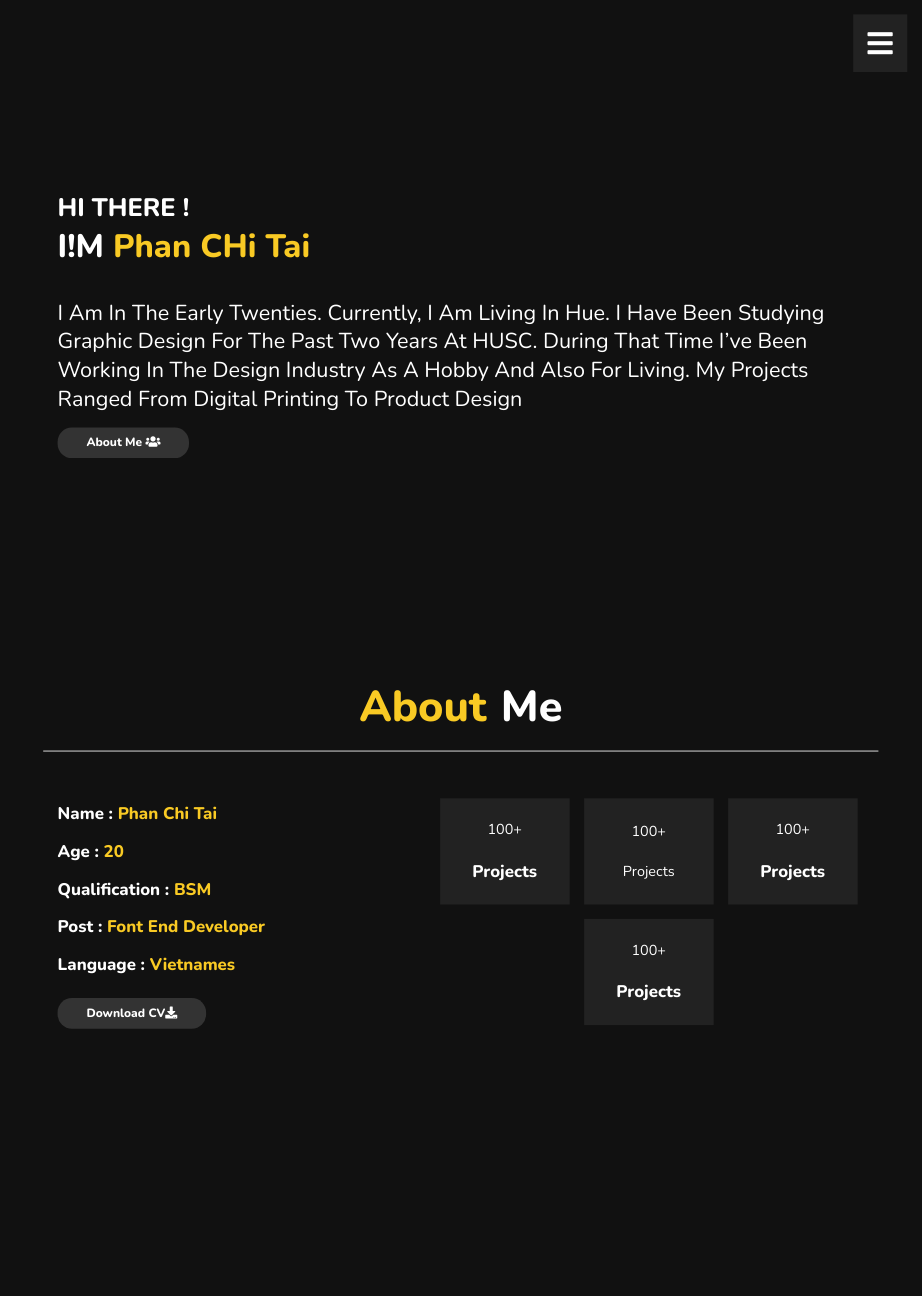
Repository: PCTai/My-profile
Page: index.html
An editor plug-in stored every save of this project. The page is shown before and after the next save, followed by the edit.
The browser window is 1024 px wide. The pictures show the whole page, at 90% of full size.

Above is the page before, as saved 2021-11-26 09:56:22.

### index.html
<!DOCTYPE html>
<html lang="en">
<head>
    <meta charset="UTF-8">
    <meta http-equiv="X-UA-Compatible" content="IE=edge">
    <meta name="viewport" content="width=device-width, initial-scale=1.0">
    <link rel="preconnect" href="https://fonts.googleapis.com">
    <link rel="preconnect" href="https://fonts.gstatic.com" crossorigin>
    <link href="https://fonts.googleapis.com/css2?family=Nunito:ital,wght@0,400;0,600;0,800;1,200;1,300&display=swap" rel="stylesheet">
    <link rel="stylesheet" href="/assets/font/fontawesome-free-5.15.3-web/css/all.css">

    <link rel="stylesheet" href="/assets/css/style.css">
    <link rel="stylesheet" href="/assets/css/reponsive.css">
    <title>Document</title>
</head>
<body>
    <!-- Header start -->
    <header>
        <div class="user">
            <img src="/assets/imgs/user.jpg" alt="">
            <h3 class="name">Phan Chi Tai</h3>
            <div class="post">Font End Deverloper</div>
        </div>
        <div class="navbar">
            <ul>
                <li><a href="#home">home</a></li>
                <li><a href="#about">About</a></li>
                <li><a href="#education">Education</a></li>
                <li><a href="#portfolio">Portfolio</a></li>
                <li><a href="#contact">Contact</a></li>
            </ul>
        </div>
    </header>
    <!-- Header end -->
    <div id="menu"class="fas fa-bars">
    </div>
    <!-- start home -->
    <section id="home" class="home">

        <h3>HI THERE !</h3>
        <h1>I!M <span>Phan CHi Tai</span></h1>
        <p>I am in the early twenties. Currently, I am living in Hue. I have been studying graphic design for the past two years at  HUSC. During that time I’ve been working in the design industry as a hobby and also for living. My projects ranged from digital printing to product design</p>
        <a href="#about"> <button class="btn">About me <i class="fas fa-users"></i></button></a>


    </section>
    <!-- end home -->
    <!-- start about -->
    <section id="about" class="about">
        <div class="heading"><h1><span>About</span>Me</h1></div>
        <div class="row">
            <div class="info">
                <h3>Name : <span>Phan Chi Tai</span></h3>
                <h3>Age : <span>20</span></h3>
                <h3>Qualification : <span>BSM</span></h3>
                <h3>Post : <span>Font End Developer</span></h3>
                <h3>Language : <span>Vietnames</span></h3>
                <a href="#about"> <button class="btn">Download CV<i class="fas fa-download"></i></button></a>
            </div>
            <div class="counter">
                <div class="box">
                    <span>100+</span>
                    <br>
                    <h3>projects</h3>
                </div>
                <div class="box">
                    <span>100+</span>
                    <br>
                    <p>projects</p>
                </div>
                <div class="box">
                    <span>100+</span>
                    <br>
                    <h3>projects</h3>
                </div>
                <div class="box">
                    <span>100+</span>
                    <br>
                    <h3>projects</h3>
                </div>
            </div>
        </div>
    </section>
    <!-- end about -->
    <script src="/app.js"></script>
</body>
</html>

### assets/css/style.css
:root{
    --yellow: #f9ca24;
}
*{
    font-family: 'Nunito', sans-serif;
    margin: 0;padding: 0;
    box-sizing: border-box;
    text-decoration: none;
    outline: none;border: none;
    text-transform: capitalize;
    transition: all .2s linear;
}
html{
    font-size: 62,5%;
    overflow: hidden;
}
::selection{
    background-color: var(--yellow);
    color: #333;

}
html::-webkit-scrollbar{
    width: 2rem;
}
html::-webkit-scrollbar-track{
    background-color: #333;
}
html::-webkit-scrollbar-thumb{
    background-color: var(--yellow);
}
body{
    padding-left: 25rem;
    background: #111;
}
header{
    position: fixed;
    top: 0;
    left: 0;
    z-index: 1000;
    height: 100%;
    display: flex;
    flex-direction: column;
    justify-content: center;
    align-items: center;
    width: 25rem;
    background-color: #1a1a1a;
}

.user img{
    margin-top: 2rem;
    height: 14rem;
    width: 14rem;
    border-radius: 50%;
    object-fit: cover;
    border: 0.5rem solid var(--yellow);

}
header .user .name{
    text-align: center;
    font-size: 2rem;
    color: #fff;
}
header .user .post{
    text-align: center;
    font-size: 1.5rem;
    color: #eee;
}
header .navbar ul{
    margin-top: 1rem;
    list-style: none;
    padding: 1rem 3rem;
}
header .navbar ul li a:hover{
    background-color: var(--yellow);
}
header .navbar ul li a{
    display: block;
    padding: 0.5rem 6rem;
   margin-bottom: 0.8rem;
   background-color: #333;
   color: #fff;
   font-size: 1.5rem;
   border-radius: 5rem;
   text-align: center;
   cursor: pointer;
}
#menu:hover{
    color: var(--yellow);
}


#menu{
    position: fixed;
    z-index: 1000;
    top: 1rem;
    right: 1rem;
    color: #fff;
    padding: 1rem;
    background-color: #222;
    font-size: 2rem;
    cursor: pointer;
}
section{
    min-height: 100vh;
    padding: 1rem;
}
/* home */
.home{
    font-size: 1.5rem;
    color: #fff;
    display: flex;
    flex-direction: column;
    padding: 0 2rem;
    justify-content: center;
}
.btn:hover{
    background-color: var(--yellow);
    cursor: pointer;
}
.btn{
    padding: 0.5rem 2rem;
    border-radius: 1rem;
    margin-top: 1rem;
    font-weight: bold;
    background-color: #333;
    color: #fff;
}
.home span{
    color: var(--yellow);
    margin-bottom: 2rem;

}
.home h1{
    margin-bottom: 2rem;

}
/* about */
.about{
    color: #fff;

}
.heading{
    font-size: 2rem;
    text-align: center;
    padding: 1rem;
    border-bottom: 0.1rem solid #eee;

}
.heading span{
    color: var(--yellow);
    padding-right: 1rem;
}
.info{
    flex: 1 1 45%;
    padding: 1rem;
    padding-left: 1rem;

}
.info span{
    color: var(--yellow);
}
.info h3{
    padding: 0.5rem 0;
}
.row{
    margin-top: 2rem;
    display: flex;
    justify-content: center;
    align-items: center;
    flex-wrap: wrap;

}
.counter{
    flex:1 1 55%;
    width: 55%;
    justify-content: center;
    display: flex;
    flex-wrap: wrap;

}
.box{
    background-color: #222;
    width: 7.5rem;
    padding: 2rem 0;
    text-align: center;
    margin: 0.5rem;
    display: flex;
    flex-direction: column;
    align-items: center;
    justify-content: center;

}

### assets/css/reponsive.css

@media (min-width:1200px){
    #menu{
        display: none;
    }
    .box{
        width: 11rem;
    }
}
@media (min-width:1025px){
    #menu{
        display: none;
    }
    .box{
        width: 9rem;
    }
}
@media (max-width:1024px){
    header{
        left: -125%;
    }
    body{
        padding: 0 2rem;
    }
    #menu{
        display: block;
    }
    .box{
        width: 9rem;
        padding: 1.5rem;
    }
}
@media (max-width:486px){

    section{
        width: 100%;
        font-size: 60%;
        padding: 2rem 0;
        margin: 0;
    }
    header{

        width: 100vw;
    }
   .info,.counter{
        width: 100%;
   }
   .about{
       font-size: 80%;
   }
   .heading{
       font-size: 1.4rem;
   }
   .box{
    width: 100%;
}

}
@media (max-width:939px){
    .row{
        flex-direction: column;
    }
    .info,.counter{
        width: 100%;
   }

}

### app.js

var menu=document.getElementById('menu');
var header=document.querySelector('header');
menu.onclick=function(e){
    if(this.className=='fas fa-bars'){
        this.classList.remove('fa-bars');
        this.classList.add('fa-times');
        header.style='left:0%';
    }
    else{
        this.classList.remove('fa-times');
        this.classList.add('fa-bars');
        header.style='left:-125%';
    }
};

Loaded but not shown: assets/font/fontawesome-free-5.15.3-web/css/all.css (library)

After the next save:
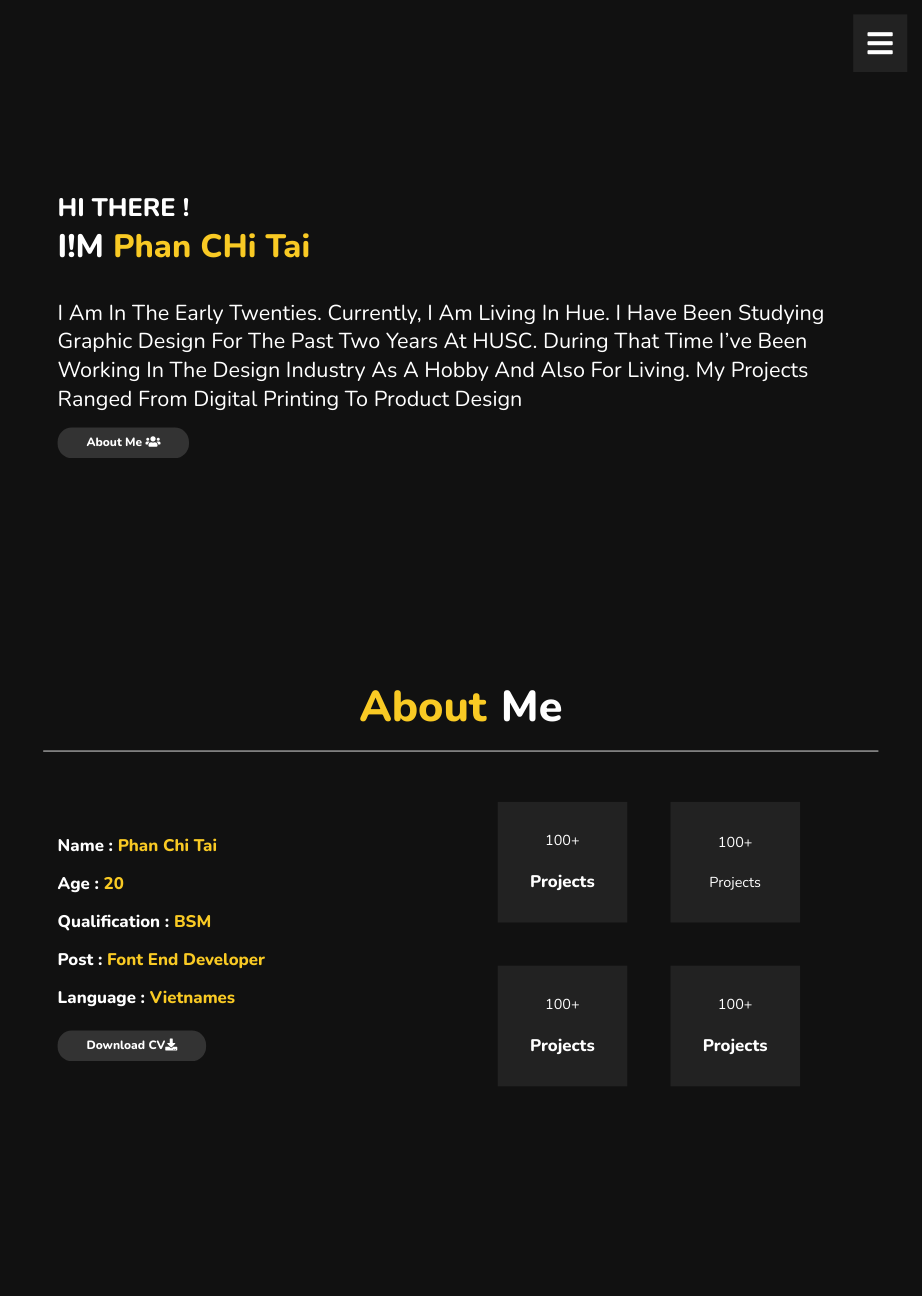
Saved 17 s later.
--- a/assets/css/reponsive.css
+++ b/assets/css/reponsive.css
@@ -27,7 +27,7 @@
     }
     .box{
         width: 9rem;
-        padding: 1.5rem;
+        margin: 1.5rem;
     }
 }
 @media (max-width:486px){
